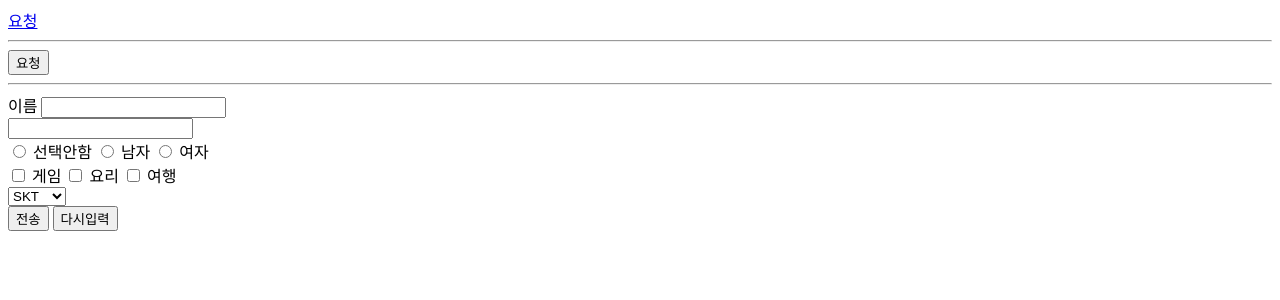
Repository: shyeom94/jspstudy
Page: 01_servlet/src/main/webapp/pkg02_request/NewFile.html
The author's editor kept a copy of each file at every save. The page is drawn from the files as they stood at one save, then again after the next save.
The browser window is 1280 px wide. The pictures show the whole page.

Above is the page before, as saved 2024-02-28 01:43:43.

After the next save:
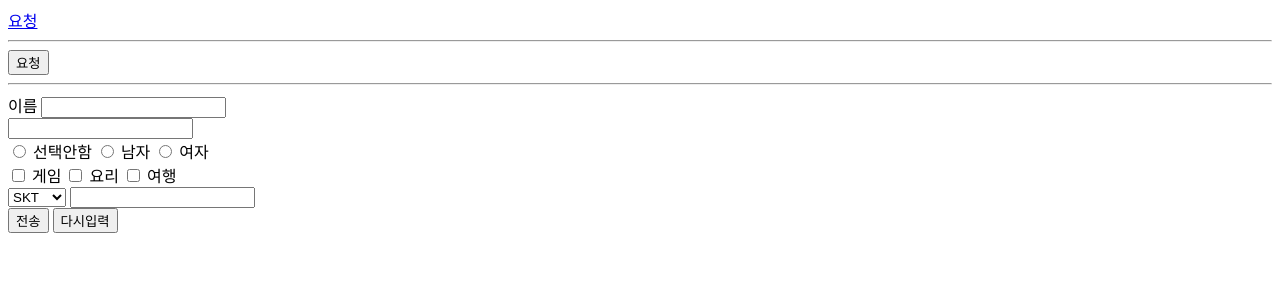
Saved 47 s later.
--- a/01_servlet/src/main/webapp/pkg02_request/NewFile.html
+++ b/01_servlet/src/main/webapp/pkg02_request/NewFile.html
@@ -72,6 +72,7 @@
       <option>KT</option>
       <option>LGU+</option>
       </select>
+      <input type="text" name="mobile">
      </div>
      <div class="btn-wrap">
       <button type="submit">전송</button>
